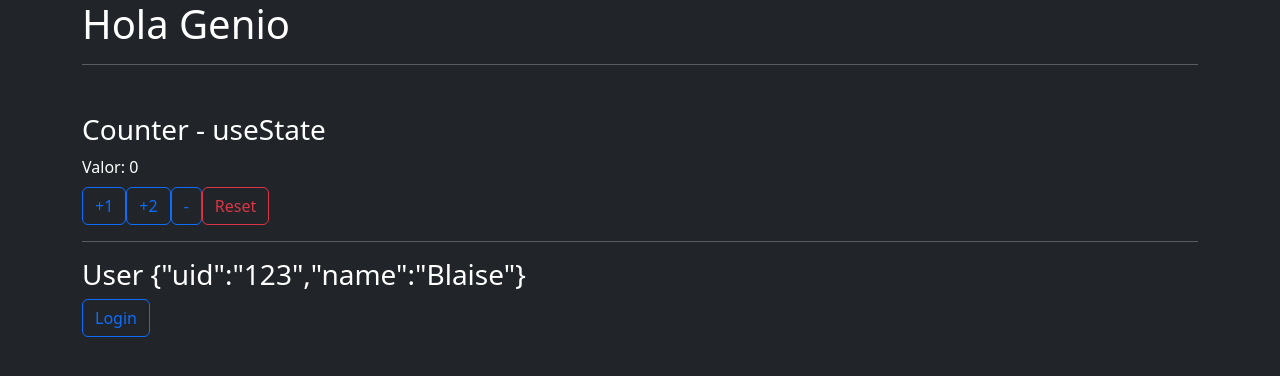
Repository: ChristianGecchelin/Typescript-Course1
Page: /
An editor plug-in stored every save of this project. The page is shown before and after the next save, followed by the edit.
The browser window is 1280 px wide. The pictures show the whole page.
The project was rebuilt for these pictures with package versions that can differ from the ones it lists, and the page was loaded fresh each time.

Above is the page before, as saved 2022-08-16 13:23:47.

After the next save:
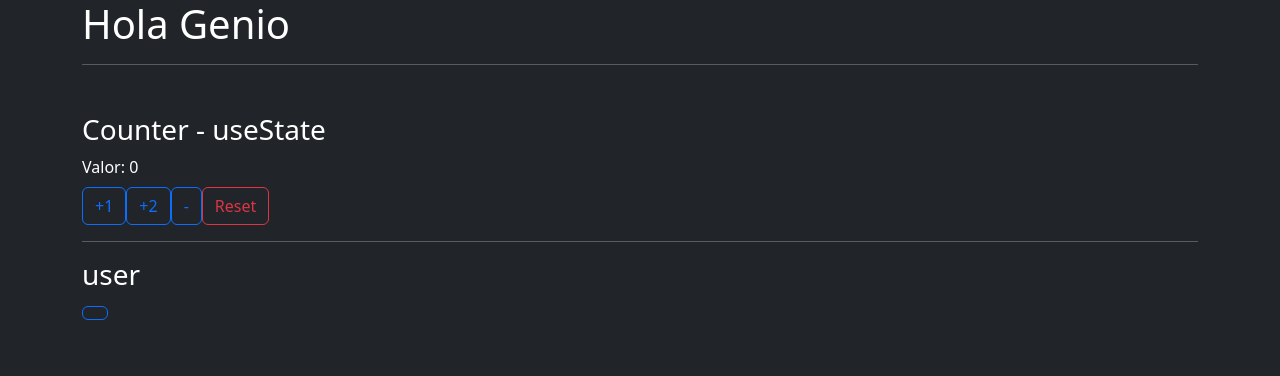
Saved 15 s later.
--- a/src/App.tsx
+++ b/src/App.tsx
@@ -1,5 +1,6 @@
 import { Counter } from "./components/Counter";
-import {Usuario} from "./components/Usuario";
+import { Usuario } from "./components/usuario";
+
 function App() {
   return (
     <>

After the save that followed:
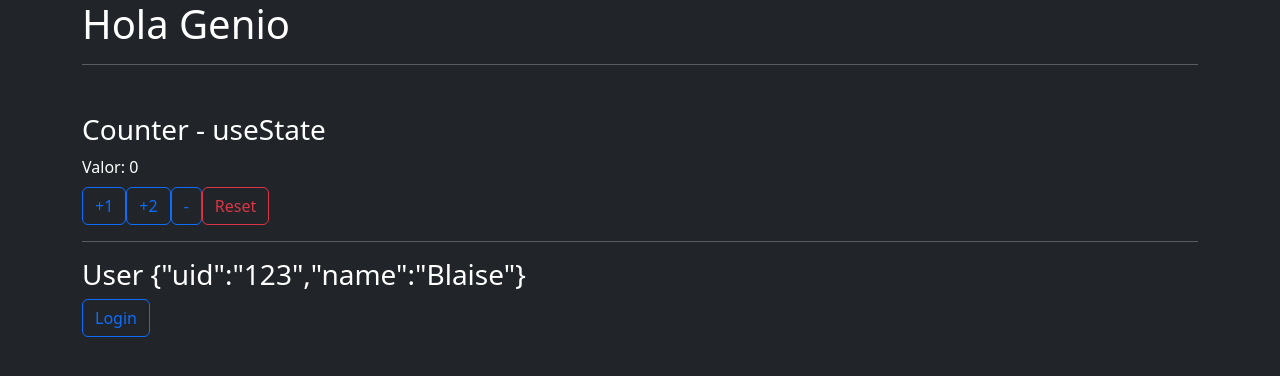
Saved 18 s later.
--- a/src/App.tsx
+++ b/src/App.tsx
@@ -1,5 +1,5 @@
 import { Counter } from "./components/Counter";
-import { Usuario } from "./components/usuario";
+import { Usuario } from "./components/Usuario";
 
 function App() {
   return (
